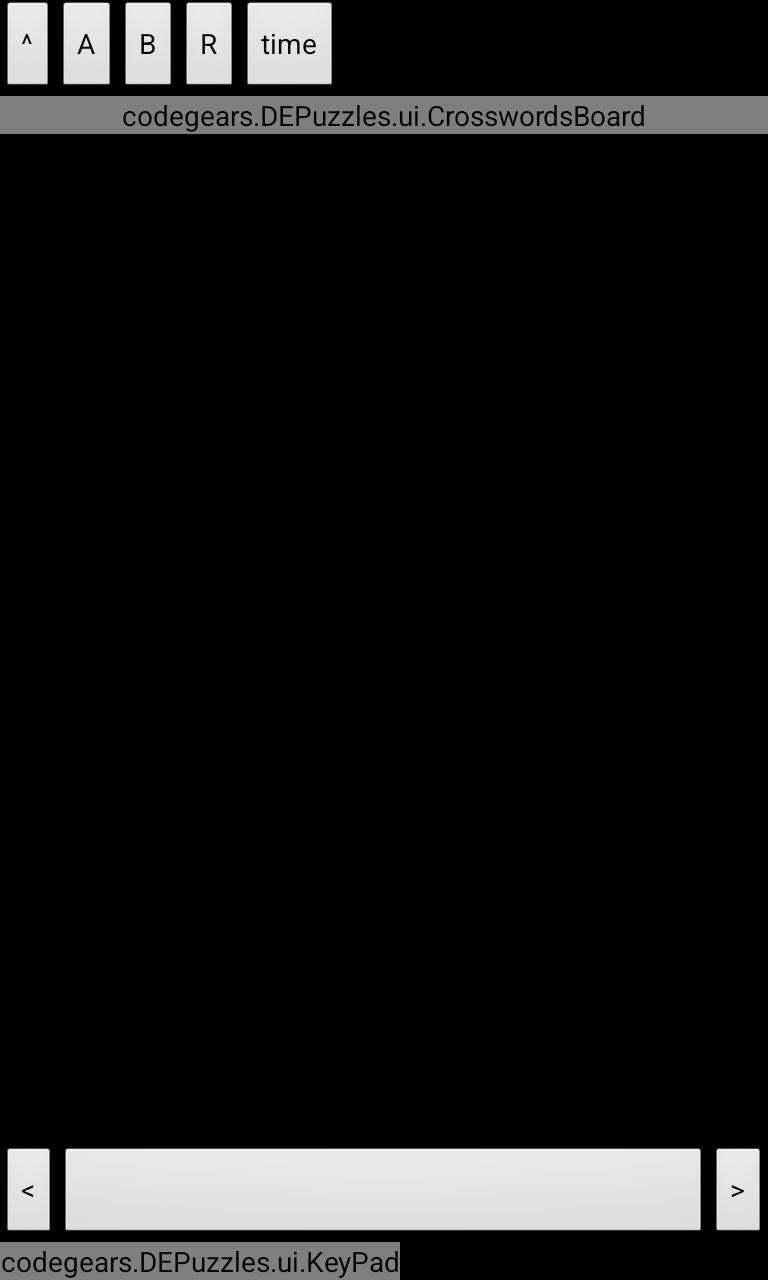
Repository: simplesns/workspace
Layout: eclipse/DEPuzzles/res/layout/crosswords.xml
The author's editor kept a copy of each file at every save. The layout is drawn from the files as they stood at one save, then again after the next save.
Pictures or frames that could not be fetched are drawn as grey boxes. It is drawn on a 768 x 1280 px phone screen (xhdpi) without system bars, with theme android:Theme; the app's code is not run.

Above is the layout before, as saved 2011-01-27 10:31:25.

### eclipse/DEPuzzles/res/layout/crosswords.xml
<?xml version="1.0" encoding="utf-8"?>
<LinearLayout xmlns:android="http://schemas.android.com/apk/res/android"
	android:layout_width="fill_parent" android:layout_height="fill_parent"
	android:orientation="vertical">
	<LinearLayout android:id="@+id/LinearLayout01"
		android:layout_height="wrap_content" android:layout_width="fill_parent">
		<Button android:id="@+id/Button01" android:layout_width="wrap_content"
			android:layout_height="wrap_content" android:text="^"></Button>
		<Button android:id="@+id/Button02" android:layout_width="wrap_content"
			android:layout_height="wrap_content" android:text="A"></Button>
		<Button android:id="@+id/Button03" android:layout_width="wrap_content"
			android:layout_height="wrap_content" android:text="B"></Button>
		<Button android:id="@+id/Button04" android:layout_width="wrap_content"
			android:layout_height="wrap_content" android:text="R"></Button>
		<Button android:id="@+id/Button05" android:layout_width="wrap_content"
			android:layout_height="wrap_content" android:text="time"></Button>
	</LinearLayout>
	<ScrollView android:id="@+id/ScrollView01"
		android:layout_width="fill_parent" android:layout_height="wrap_content"
		android:layout_weight="1">
		<codegears.DEPuzzles.ui.CrosswordsBoard
			android:layout_width="fill_parent"
			android:layout_height="fill_parent" android:id="@+id/CrosswordsBoard">
		</codegears.DEPuzzles.ui.CrosswordsBoard>

	</ScrollView>
	<LinearLayout android:id="@+id/LinearLayout02"
		android:layout_height="wrap_content" android:layout_width="fill_parent">
		<Button android:layout_width="wrap_content"
			android:layout_height="wrap_content" android:text="&lt;" android:id="@+id/CrosswordsLeft"></Button>
		<Button android:text="@+id/Button07" android:layout_width="wrap_content" android:layout_height="wrap_content"
			android:layout_weight="1" android:id="@+id/CrosswordsHintBar"></Button>
		<Button android:layout_width="wrap_content"
			android:layout_height="wrap_content" android:text="&gt;" android:id="@+id/CrosswordsRight"></Button>

	</LinearLayout>
	<codegears.DEPuzzles.ui.KeyPad
		android:id="@+id/CrosswordsKeyPad" android:layout_width="wrap_content"
		android:layout_height="wrap_content"></codegears.DEPuzzles.ui.KeyPad>

</LinearLayout>

After the next save:
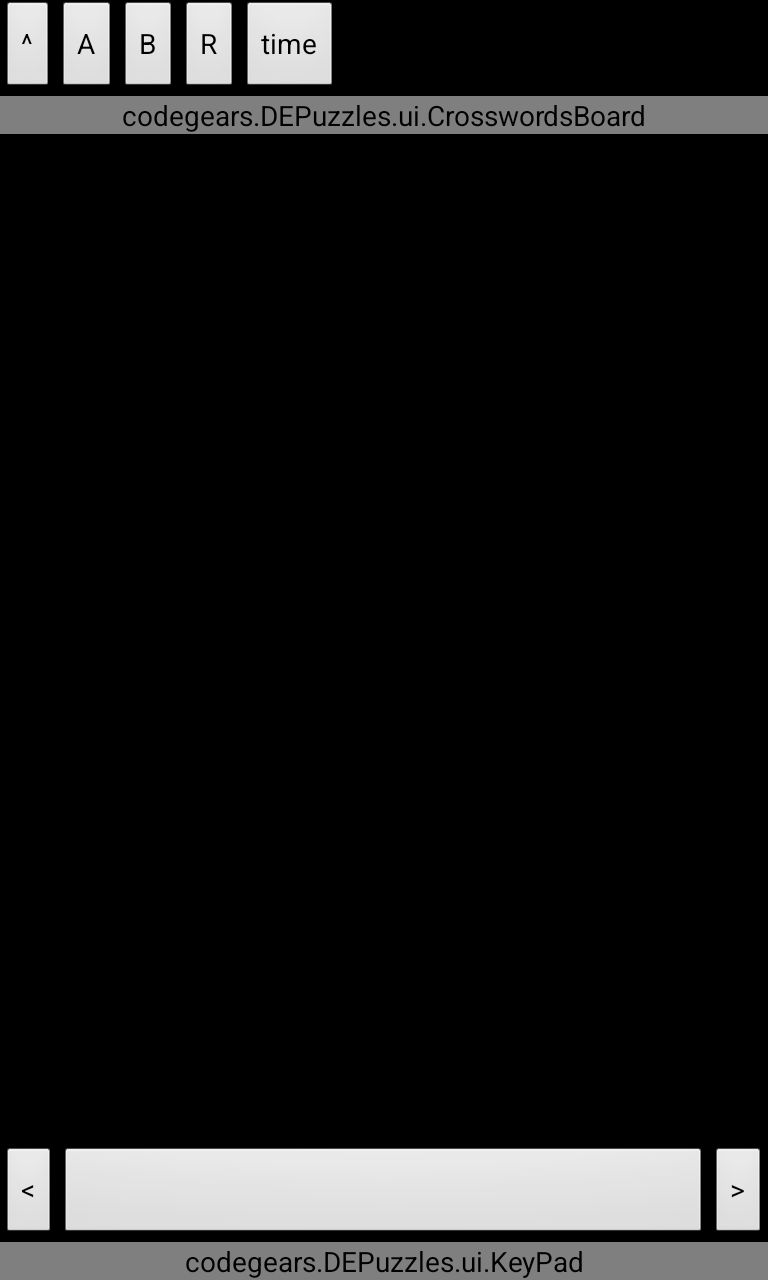
Saved 2 min 11 s later.
--- a/eclipse/DEPuzzles/res/layout/crosswords.xml
+++ b/eclipse/DEPuzzles/res/layout/crosswords.xml
@@ -35,7 +35,6 @@
 
 	</LinearLayout>
 	<codegears.DEPuzzles.ui.KeyPad
-		android:id="@+id/CrosswordsKeyPad" android:layout_width="wrap_content"
-		android:layout_height="wrap_content"></codegears.DEPuzzles.ui.KeyPad>
+		android:id="@+id/CrosswordsKeyPad" android:layout_height="wrap_content" android:layout_width="fill_parent"></codegears.DEPuzzles.ui.KeyPad>
 
 </LinearLayout>
